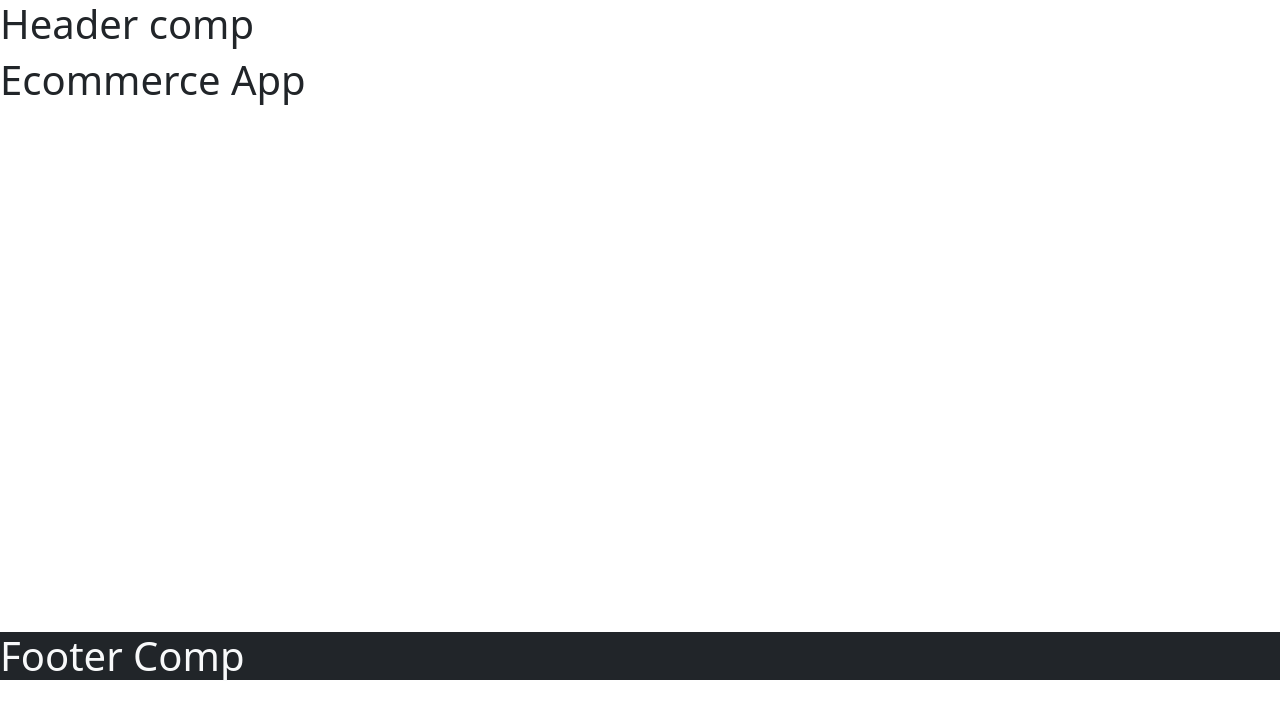
Repository: Abhi2359/SaleXpress
Page: / (app in client/)
The author's editor kept a copy of each file at every save. The page is drawn from the files as they stood at one save, then again after the next save.
The browser window is 1280 px wide. The pictures show the whole page.
The project was rebuilt for these pictures with package versions that can differ from the ones it lists, and the page was loaded fresh each time. Also part of the build but not shown: client/vite.config.js, client/src/App.css.

Above is the page before, as saved 2023-05-08 18:20:39.

### client/index.html
<!DOCTYPE html>
<html lang="en">
  <head>
    <meta charset="UTF-8" />
    <link href="https://cdn.jsdelivr.net/npm/bootstrap@5.3.0-alpha3/dist/css/bootstrap.min.css" rel="stylesheet" integrity="sha384-KK94CHFLLe+nY2dmCWGMq91rCGa5gtU4mk92HdvYe+M/SXH301p5ILy+dN9+nJOZ" crossorigin="anonymous">
    <meta name="viewport" content="width=device-width, initial-scale=1.0" />
    <title>SaleXpress</title>
  </head>
  <body>
    <div id="root"></div>
    <script src="https://cdn.jsdelivr.net/npm/bootstrap@5.3.0-alpha3/dist/js/bootstrap.bundle.min.js" integrity="sha384-ENjdO4Dr2bkBIFxQpeoTz1HIcje39Wm4jDKdf19U8gI4ddQ3GYNS7NTKfAdVQSZe" crossorigin="anonymous"></script>
    <script type="module" src="/src/main.jsx"></script>
  </body>
</html>

### client/src/App.jsx
import { useState } from 'react'


import './App.css'
import Layout from './components/Layout/Layout'
function App() {

  return (
    <>
    <Layout>

     <h1>Ecommerce App</h1>
    </Layout>
    </>
  )
}

export default App

### client/src/index.css

@import url('https://fonts.googleapis.com/css2?family=Heebo:wght@600&family=Kumbh+Sans:wght@800&family=Playfair+Display:wght@700&family=Poppins:ital,wght@0,300;0,400;0,500;1,300;1,600&display=swap');


*{
    margin: 0;
    padding: 0;
    box-sizing: border-box;
}

/* font-family: 'Poppins', sans-serif; */
/* font-family: 'Playfair Display', serif; */

### client/src/components/Layout/Layout.jsx
import React from 'react'
import Header from './Header'
import Footer from './Footer'

const Layout = ({children}) => {
  return (
    <div>
        <Header/>
        <main style={{minHeight:"80vh"}}>

        {children}
        </main>
        <Footer/>
    </div>
  )
}

export default Layout

### client/src/components/Layout/Header.jsx
import React from 'react'

const Header = () => {
  return (
    <div>
        <h1>Header comp</h1>
    </div>
  )
}

export default Header

### client/src/components/Layout/Footer.jsx
import React from 'react'

const Footer = () => {
  return (
    <div className='bg-dark text-light '>
        <h1>Footer Comp</h1>
    </div>
  )
}

export default Footer

Loaded but not shown: client/src/main.jsx (common file)

After the next save:
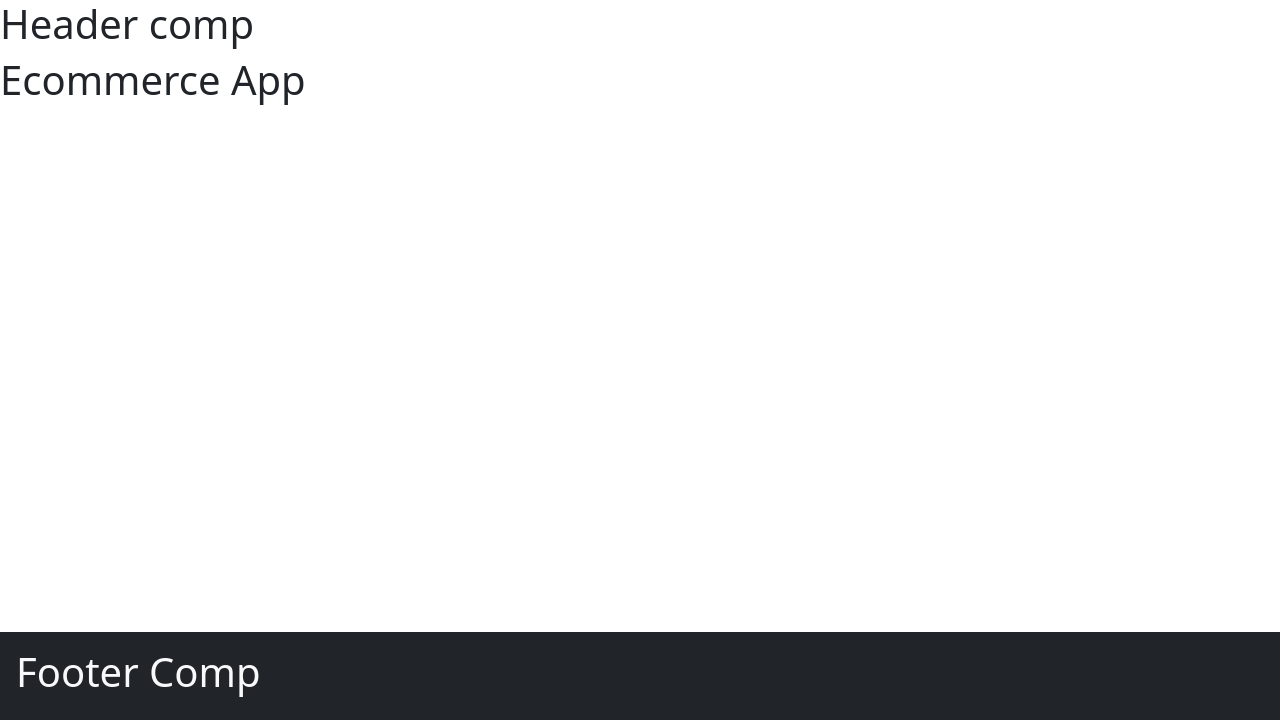
Saved 8 s later.
--- a/client/src/components/Layout/Footer.jsx
+++ b/client/src/components/Layout/Footer.jsx
@@ -2,7 +2,7 @@ import React from 'react'
 
 const Footer = () => {
   return (
-    <div className='bg-dark text-light '>
+    <div className='bg-dark text-light p-3'>
         <h1>Footer Comp</h1>
     </div>
   )
